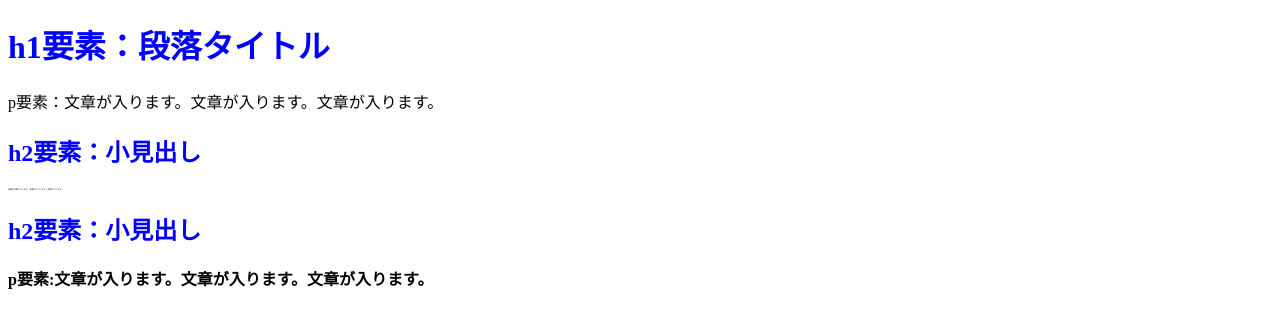
Repository: ayano-ogawa/samurai_HTML-CSS
Page: Untitled1.html
The author's editor kept a record of every edit. The page is drawn from the files as they stood at one moment, then again after the next edit.
The browser window is 1280 px wide. The pictures show the whole page.

Above is the page before.

After the next edit:
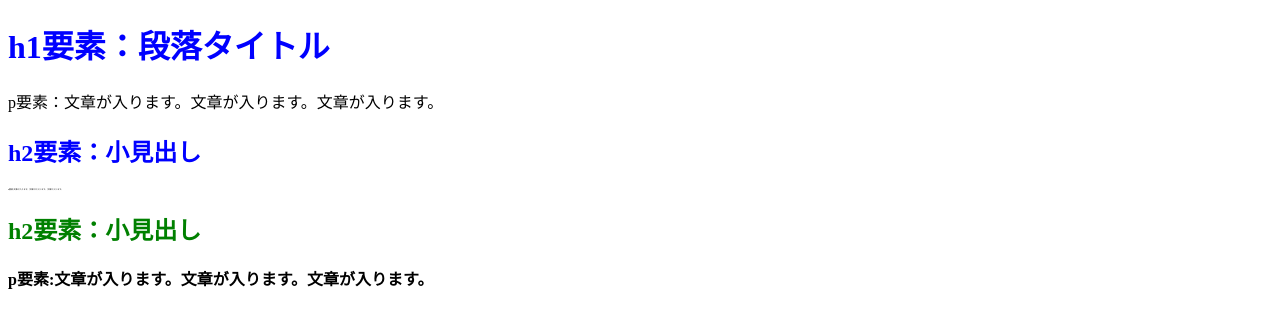
The edit:
--- a/Untitled1.html
+++ b/Untitled1.html
@@ -24,7 +24,7 @@
     <p style="font-size: 2px;">
      p要素:文章が入ります。文章がが入ります。文章が入ります。
     </p>
-    <h2 id="blue">h2要素：小見出し</h2>
+    <h2 id="green">h2要素：小見出し</h2>
     <p style="font-weight: bold";>
      p要素:文章が入ります。文章が入ります。文章が入ります。
     </p>
